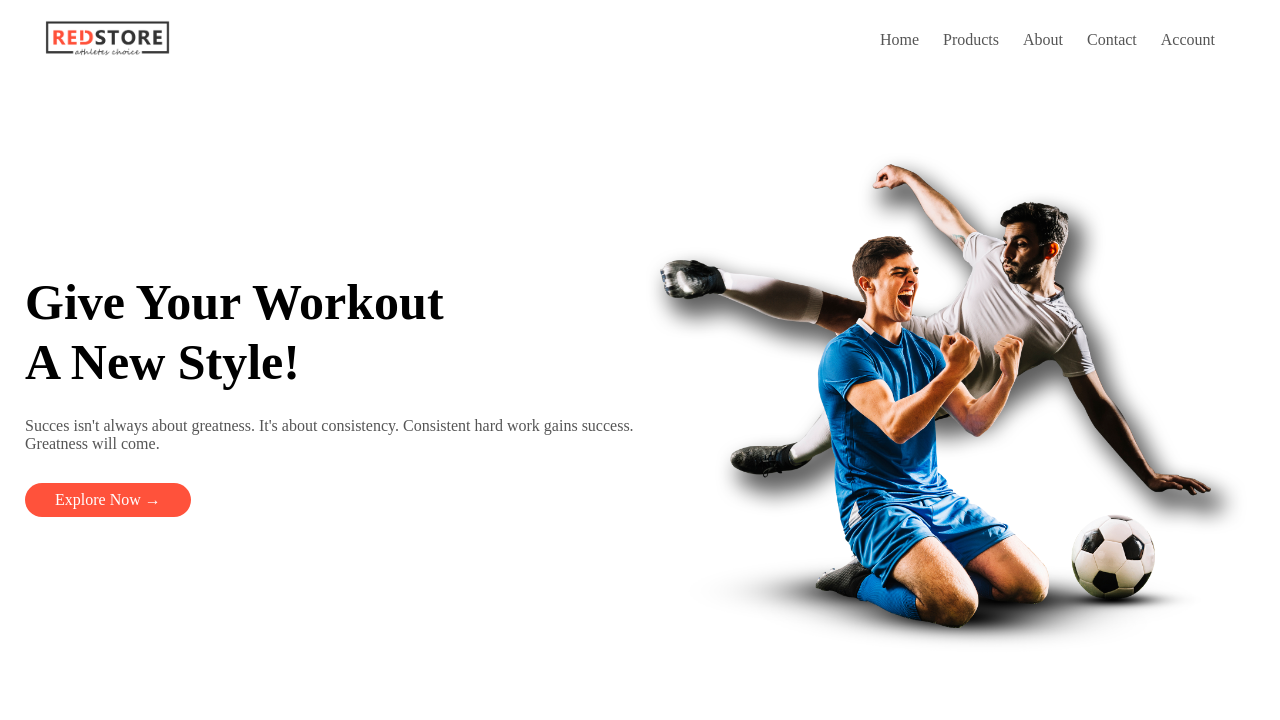
Repository: datvu1608/redsportstore
Page: index.html
These files come from the project's save history. The page is drawn as it stood at one moment and after the next save; the edit follows.
The browser window is 1280 px wide. The pictures show the whole page.

Above is the page before, as saved 2023-11-22 23:11:00.

After the next save:
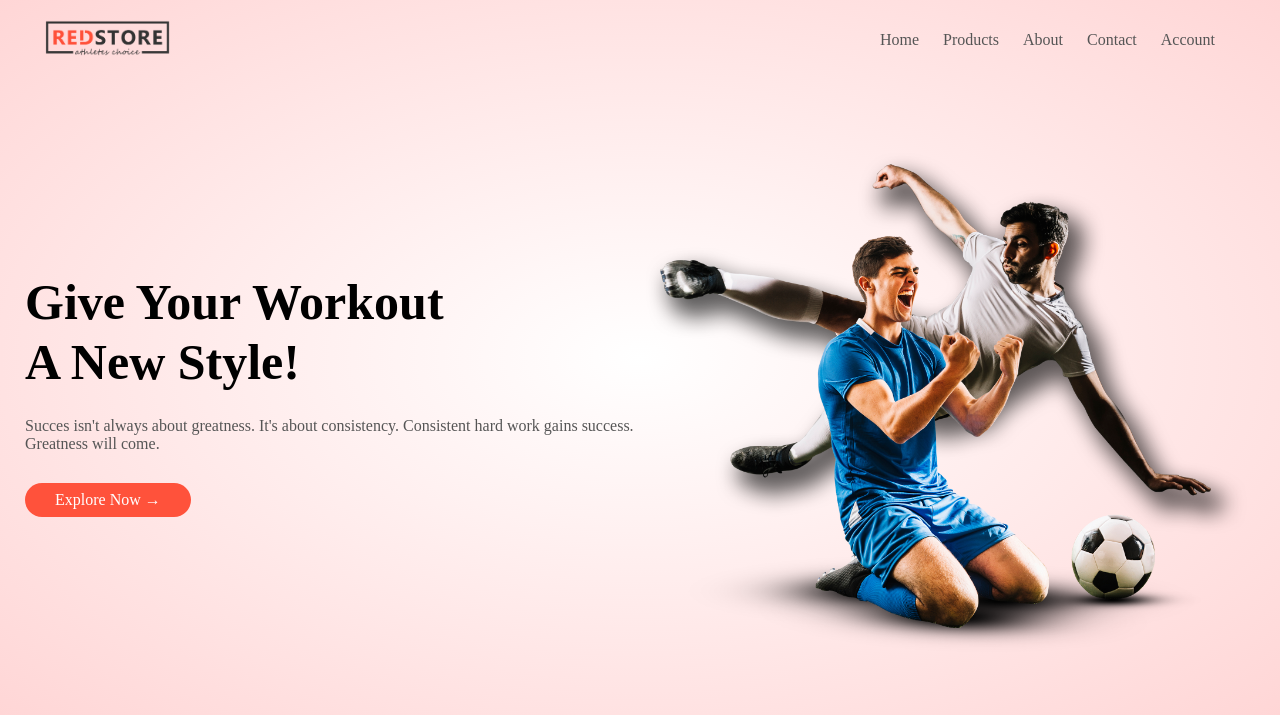
Saved 6 s later.
--- a/styles.css
+++ b/styles.css
@@ -63,5 +63,5 @@
   text-decoration: none;
 }
 .header {
-  background: radial-gradient(#fff, #f);
+  background: radial-gradient(#fff, #ffd6d6);
 }
